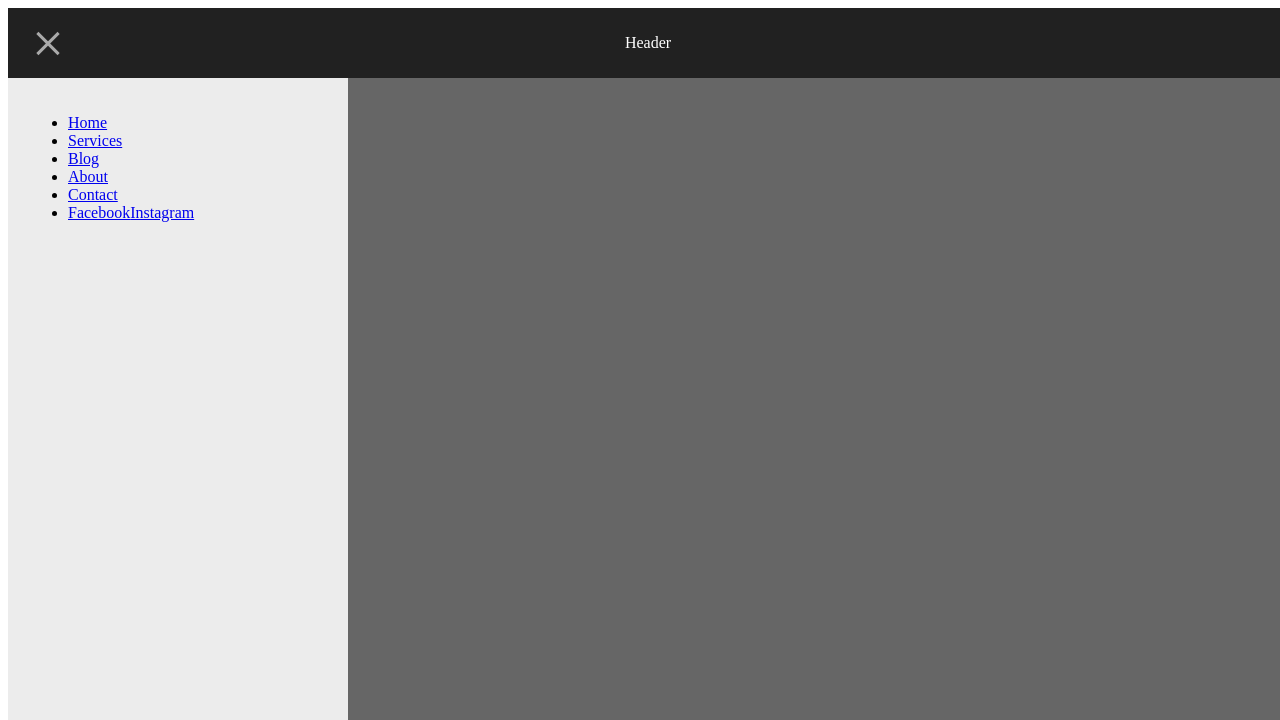
Repository: bombiux/radio580
Page: http://localhost/
An editor plug-in stored every save of this project. The page is shown before and after a run of saves, followed by the edit.
The browser window is 1280 px wide. The pictures show the whole page.
The first visible `#nav-container` has the focus.
The page is run by PHP 8.4 with error messages shown; the project is at /var/www/html/.

Above is the page before, as saved 2020-01-30 22:20:54.

After the next 3 saves:
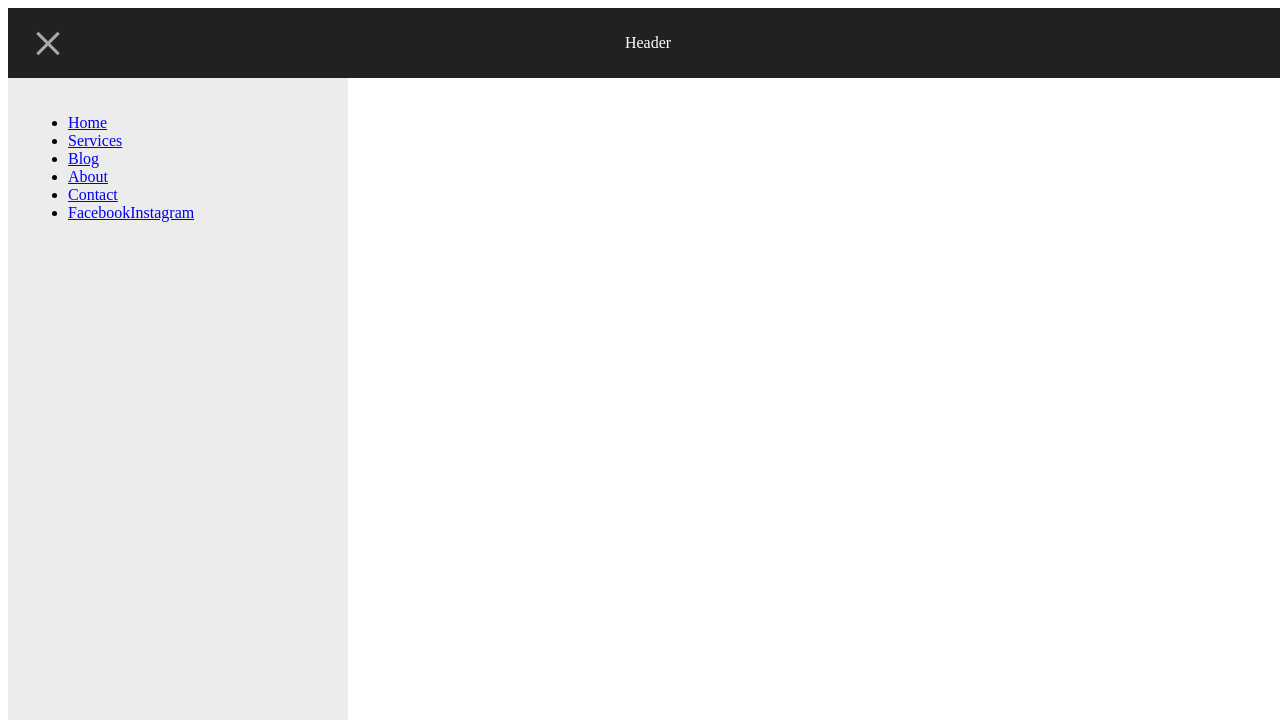
The 3 saves are shown as one change because they came seconds apart.
The last was saved 22 s later.
--- a/index.php
+++ b/index.php
@@ -79,10 +79,6 @@ main small {
   opacity: 0;
   transition: .3s;
   background: #000;
-}
-#nav-container:focus-within .bg {
-  visibility: visible;
-  opacity: .6;
 }
 
 .button {
